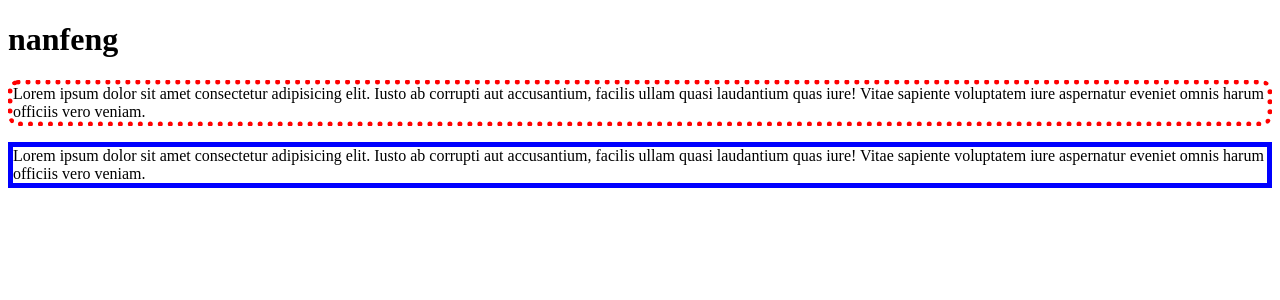
Repository: nanfengovo/CSS
Page: border.html
The author's editor kept a copy of each file at every save. The page is drawn from the files as they stood at one save, then again after the next save.
The browser window is 1280 px wide. The pictures show the whole page.

Above is the page before, as saved 2024-12-31 23:21:53.

After the next save:
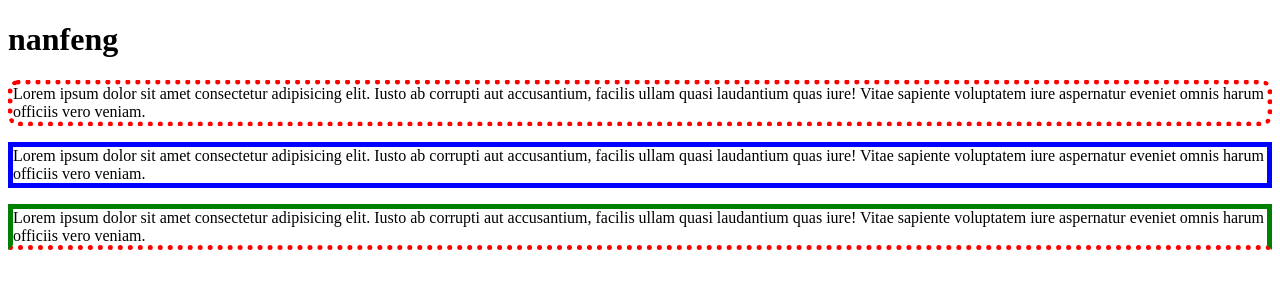
Saved 118 s later.
--- a/border.html
+++ b/border.html
@@ -14,11 +14,18 @@
         #p2{
             border: solid 5px blue;/*简写*/
         }
+        #p3{
+            border-top: solid 5px green;/*上边框*/
+            border-bottom: dotted 5px red;/*下边框*/
+            border-left: solid 5px green;/*左边框*/
+            border-right: solid 5px green;/*右边框*/
+        }
     </style>
 </head>
 <body>
     <h1>nanfeng</h1>
     <p id="p1">Lorem ipsum dolor sit amet consectetur adipisicing elit. Iusto ab corrupti aut accusantium, facilis ullam quasi laudantium quas iure! Vitae sapiente voluptatem iure aspernatur eveniet omnis harum officiis vero veniam.</p>
     <p id="p2">Lorem ipsum dolor sit amet consectetur adipisicing elit. Iusto ab corrupti aut accusantium, facilis ullam quasi laudantium quas iure! Vitae sapiente voluptatem iure aspernatur eveniet omnis harum officiis vero veniam.</p>
+    <p id="p3">Lorem ipsum dolor sit amet consectetur adipisicing elit. Iusto ab corrupti aut accusantium, facilis ullam quasi laudantium quas iure! Vitae sapiente voluptatem iure aspernatur eveniet omnis harum officiis vero veniam.</p>
 </body>
 </html>
